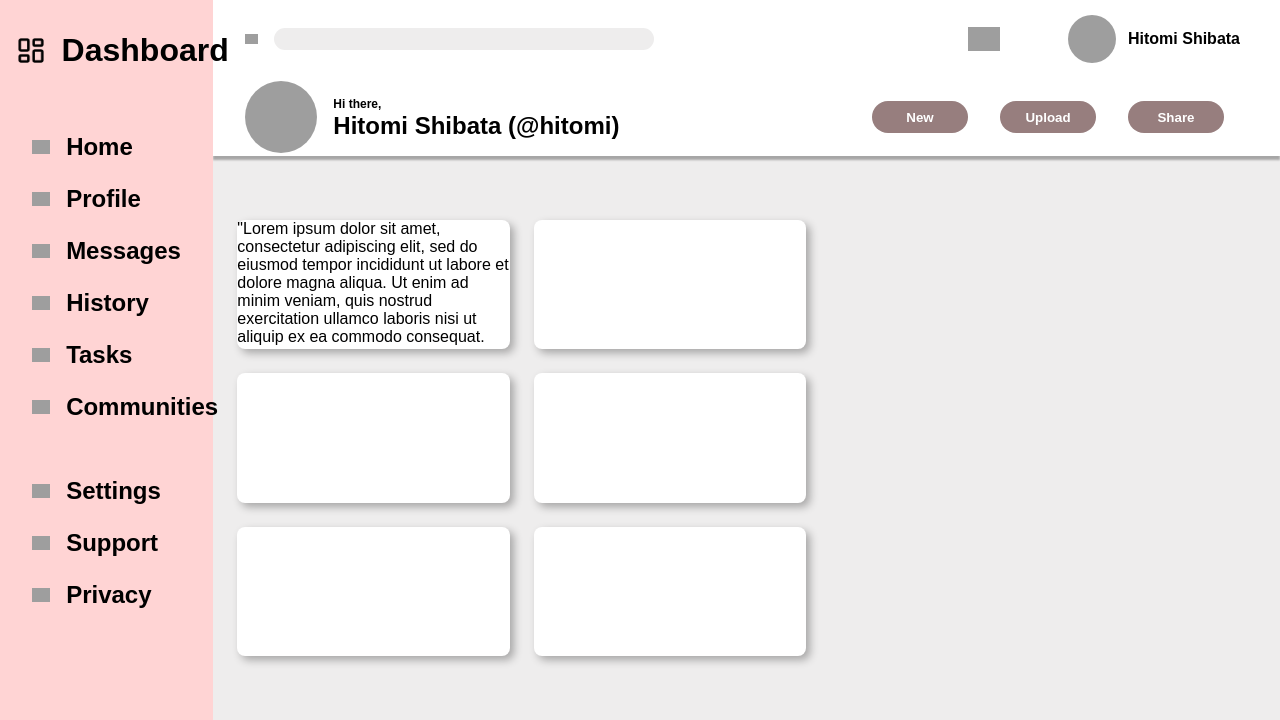
Repository: yeetzpxoci/dashboard
Page: index.html
An editor plug-in stored every save of this project. The page is shown before and after the next save, followed by the edit.
The browser window is 1280 px wide. The pictures show the whole page.
Pictures or frames that could not be fetched are drawn as grey boxes.

Above is the page before, as saved 2023-02-18 17:30:25.

### index.html
<!DOCTYPE html>
<html lang="en">
<head>
    <meta charset="UTF-8">
    <meta http-equiv="X-UA-Compatible" content="IE=edge">
    <meta name="viewport" content="width=device-width, initial-scale=1.0">
    <link rel="stylesheet" type="text/css" href="styles.css" />
    <title>Dashboard</title>
</head>
<body>
    <div class="sidebar">
        <div class="logo">
            <img src="dashboard-layout.png">
            <p>Dashboard</p>
        </div>

        <div class="icon-container1">
            <div class="icon">
                <img src="https://cdn-icons-png.flaticon.com/512/25/25694.png">
                <p>Home</p>
            </div>

            <div class="icon">
                <img src="https://cdn-icons-png.flaticon.com/512/6522/6522516.png">
                <p>Profile</p>
            </div>

            <div class="icon">
                <img src="https://cdn-icons-png.flaticon.com/512/739/739286.png">
                <p>Messages</p>
            </div>

            <div class="icon">
                <img src="https://cdn-icons-png.flaticon.com/512/32/32223.png">
                <p>History</p>
            </div>

            <div class="icon">
                <img src="https://www.svgrepo.com/show/79174/task-list.svg">
                <p>Tasks</p>
            </div>

            <div class="icon">
                <img src="https://icons.veryicon.com/png/o/business/classic-icon/community-12.png">
                <p>Communities</p>
            </div>
        </div>

        <div class="icon-container2">
            <div class="icon">
                <img src="https://cdn-icons-png.flaticon.com/512/126/126472.png">
                <p>Settings</p>
            </div>

            <div class="icon">
                <img src="https://upload.wikimedia.org/wikipedia/commons/thumb/1/17/FAQ_icon_%28Noun_like%29.svg/1255px-FAQ_icon_%28Noun_like%29.svg.png">
                <p>Support</p>
            </div>

            <div class="icon">
                <img src="https://cdn-icons-png.flaticon.com/512/4104/4104794.png">
                <p>Privacy</p>
            </div>
        </div>
    </div>

    <div class="header">
        <div class="search">
            <img src="https://cdn-icons-png.flaticon.com/512/3917/3917754.png">
            <input class="search-bar">
        </div>

        <img class="notification_icon" src="https://cdn-icons-png.flaticon.com/512/565/565422.png">

        <div class="profile-pic">
        </div>

        <p>Hitomi Shibata</p>

        <div class="user-info">
            <div class="profile-pic">
            </div>
            <p id="losinfo">
                <span style="font-size:12px;">Hi there,</span>
                <br>
                <span style="font-size:24px;">Hitomi Shibata (@hitomi)</span>
            </p>
        </div>
        <button>New</button>
        <button>Upload</button>
        <button>Share</button>
    </div>

    <div class="main-content">
        <div class="projects">
            <div class="project">
                "Lorem ipsum dolor sit amet, consectetur adipiscing elit, sed do eiusmod tempor incididunt ut labore et dolore magna
                aliqua. Ut enim ad minim veniam, quis nostrud exercitation ullamco laboris nisi ut aliquip ex ea commodo consequat.
            </div>

            <div class="project">

            </div>

            <div class="project">

            </div>

            <div class="project">

            </div>

            <div class="project">

            </div>

            <div class="project">

            </div>
        </div>
    </div>
</body>
</html>

### styles.css
html,
body {
    margin: 0;
    padding: 0;
    height: 100%;
}

body {
    min-height: 100vh;
    display: grid;
    grid-template-columns: 1fr 5fr;
    grid-template-rows: 1fr 4fr;
    font-family: Arial, Helvetica, sans-serif;
}

.sidebar {
    background-color: #FFD4D4;
    grid-column: 1 / 2;
    grid-row: 1 / 3;
    display: grid;
    grid-template-rows: 0.75fr 2fr 1fr 2fr;
    padding-left: 16px;
    gap: 32px;
    z-index: 2;
}

.icon-container1 {
    display: flex;
    flex-direction: column;
}

.icon-container2 {
    display: flex;
    flex-direction: column;
}

.logo, .icon {
    display: flex;
    align-items: center;
    font-weight: bold;
    gap: 16px;
}

.logo {
    font-size: 32px;
    align-self: baseline;
}

.icon {
    margin-top: -24px;
    font-size: 24px;
    margin-left: 16px;
}

.logo img {
    width: 15%;
}

.icon img {
    width: 10%;
}


.header {
    background-color: white;
    grid-column: 2 / 3;
    grid-row: 1 / 2;
    display: grid;
    grid-template-columns: 13fr 1fr 1fr 2fr;
    grid-template-rows: 1fr 1fr;
    padding-right: 24px;
    box-shadow: 0px 4px 2px rgb(0, 0, 0, 0.3);
    z-index: 1;
}

.search {
    display: flex;
    justify-content: flex-start;
    align-items: center;
    gap: 16px;
    margin-left: 32px;
}

.search img{
    width: 2%;
}

.search input {
    width: 60%;
    border-radius: 12px;
    border-width: 0px;
    background-color: #eeeded;
    height: 25%;
}

.notification_icon {
    width: 25%;
    align-self: center;
    justify-self: end;
}

.profile-pic {
    border-radius: 50%;
    background-image: url("https://i.pinimg.com/originals/49/c0/e8/49c0e871fbe0be71396aa94fe1d93ddc.jpg");
    background-position: center;
    background-size: cover;
    background-repeat: no-repeat;
    overflow: hidden;
}

.header > .profile-pic {
    width: 48px;
    height: 48px;
    align-self: center;
    justify-self: end;
    margin-right: 12px;
}

.user-info {
    display: flex;
    gap: 16px;
}

.user-info > .profile-pic {
    width: 72px;
    height: 72px;
    margin-left: 32px;
    align-self: center;
}

.header p {
    align-self: center;
    font-weight: bolder;
    justify-self: baseline;
}

button {
    height: 40%;
    width: 96px;
    align-self: center;
    justify-self: baseline;
    background-color: #977e7e;
    border-radius: 24px;
    border-width: 0px;
    color: white;
    margin-right: 32px;
    font-weight: bold;
}

.main-content {
    background-color: #eeeded;
    grid-column: 2 / 3;
    grid-row: 2 / 3;
    padding-left: 24px;
    padding-top: 64px;
    padding-bottom: 64px;
    display: grid;
    grid-template-columns: 10fr 1fr;
}

.projects {
    width: 60%;
    height: 100%;
    display: grid;
    grid-template-columns: repeat(2, 1fr);
    grid-template-rows: repeat(3, 1fr);
    gap: 24px;
}

.project {
    background-color: white;
    border-radius: 8px;
    box-shadow: 4px 4px 8px rgb(0, 0, 0, 0.3);
}

.announcements {
    display: grid;
}

After the next save:
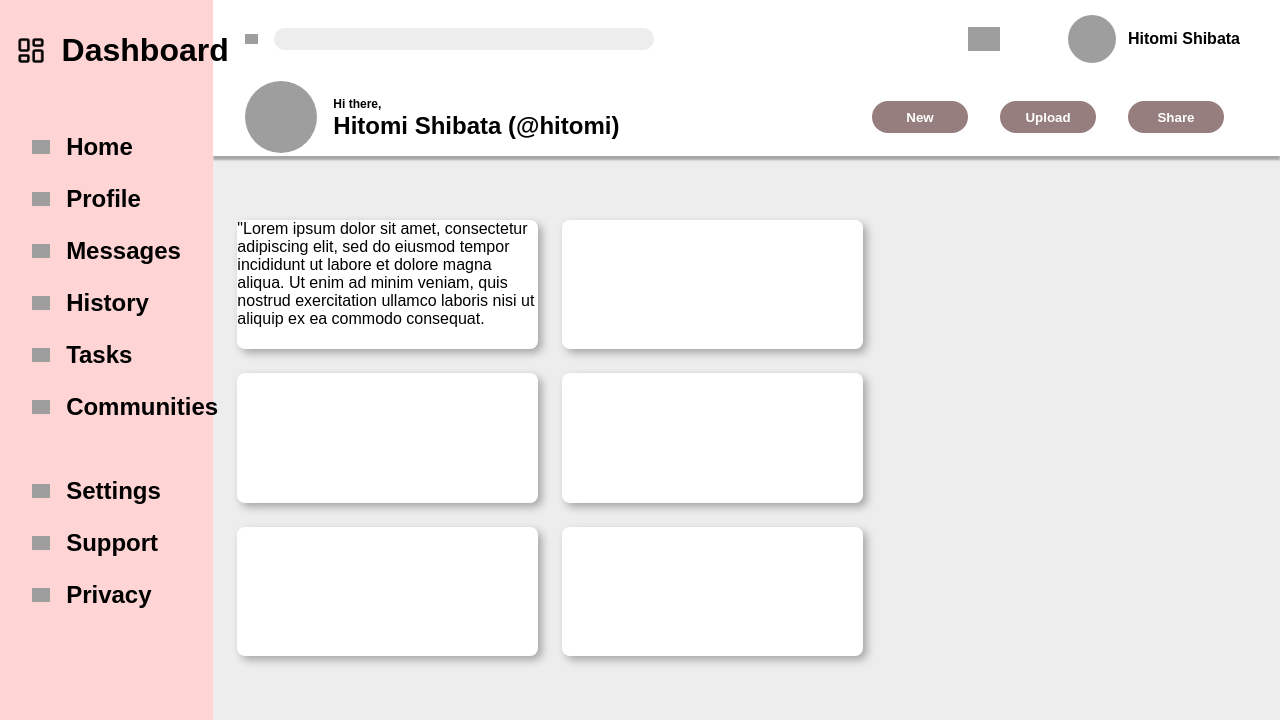
Saved 2 min 5 s later.
--- a/styles.css
+++ b/styles.css
@@ -155,7 +155,7 @@ button {
     padding-top: 64px;
     padding-bottom: 64px;
     display: grid;
-    grid-template-columns: 10fr 1fr;
+    grid-template-columns: 2fr 1fr;
 }
 
 .projects {
@@ -165,6 +165,7 @@ button {
     grid-template-columns: repeat(2, 1fr);
     grid-template-rows: repeat(3, 1fr);
     gap: 24px;
+    grid-column: 1 / 3;
 }
 
 .project {
@@ -174,5 +175,9 @@ button {
 }
 
 .announcements {
+    width: 25%;
+    height: 50%;
     display: grid;
+    grid-template-rows: 1fr 1fr 1fr;
+    background-color: aqua;
 }
